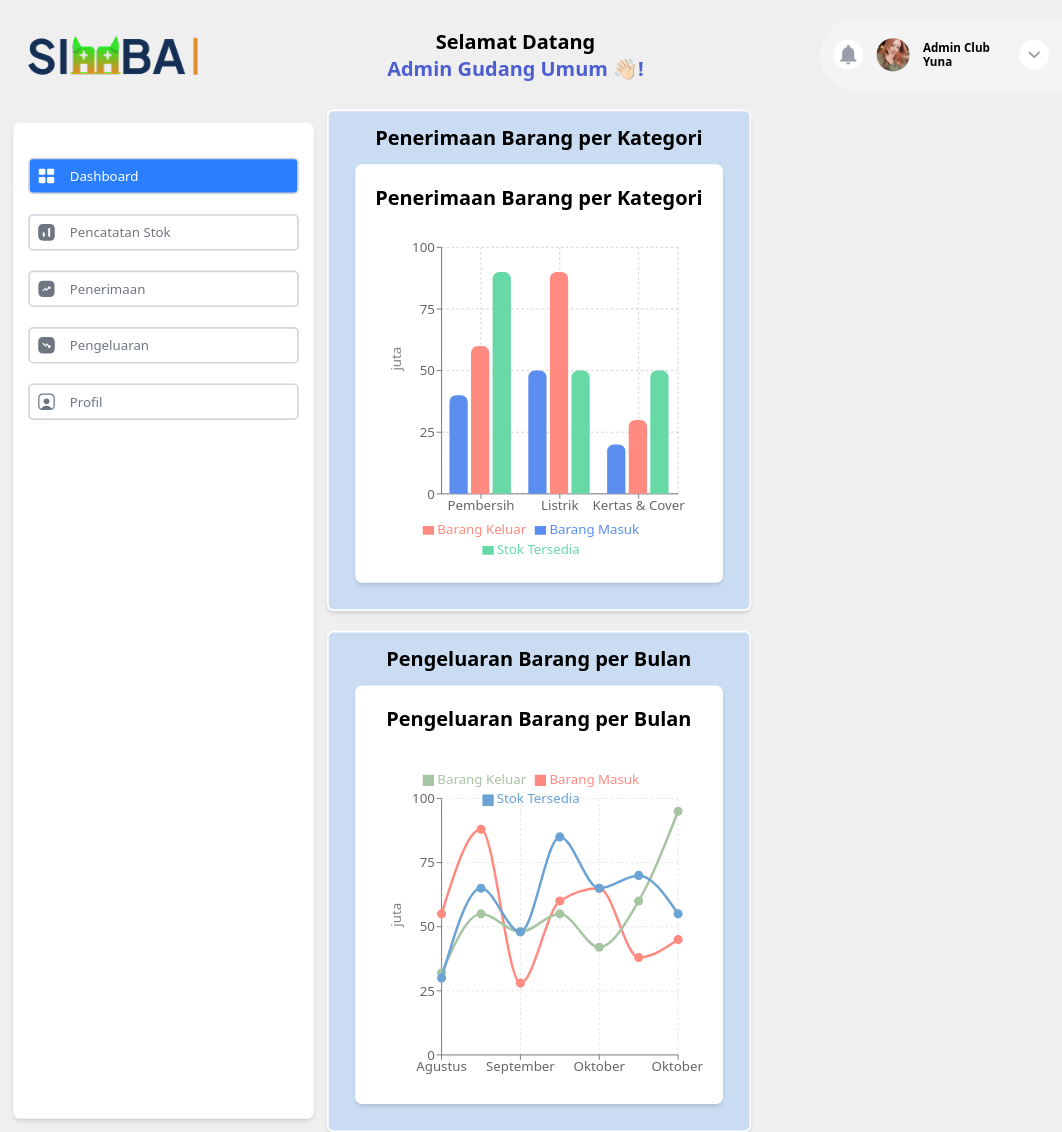
Repository: Gokerwow/inventory-fe
Page: /
An editor plug-in stored every save of this project. The page is shown before and after the next save, followed by the edit.
The browser window is 1280 px wide. The pictures show the whole page, at 83% of full size.
The project was rebuilt for these pictures with package versions that can differ from the ones it lists, and the page was loaded fresh each time. Also part of the build but not shown: vite.config.ts, src/pages/stokBarang.tsx, src/pages/penerimaan.tsx, src/pages/pengeluaran.tsx, src/pages/profil.tsx.

Above is the page before, as saved 2025-10-15 15:48:48.

After the next save:
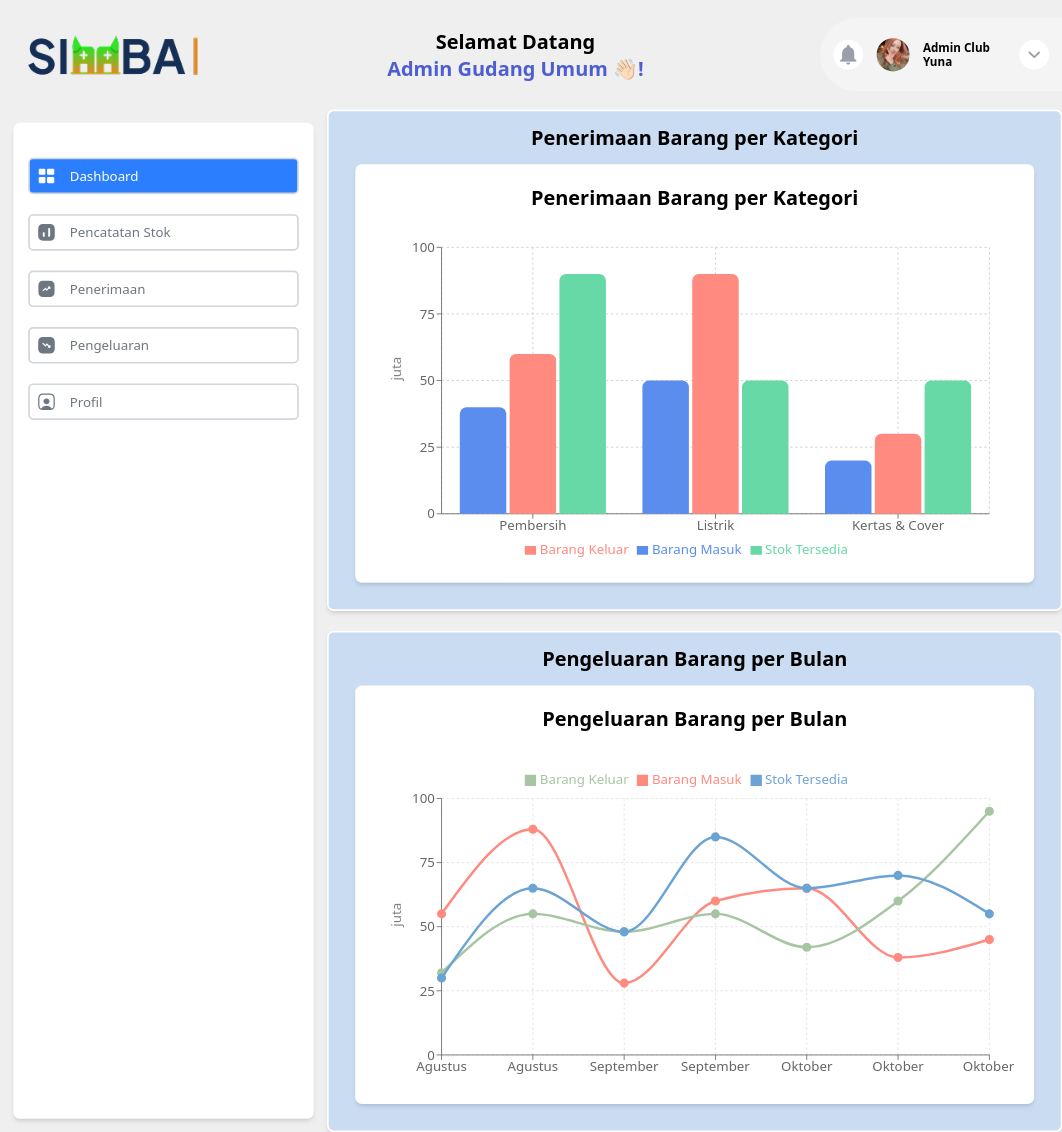
Saved 16 s later.
--- a/src/components/layout.tsx
+++ b/src/components/layout.tsx
@@ -9,7 +9,9 @@ function Layout() {
             <TopBar />
             <div className='flex'>
                 <SideBar />
-                <Outlet />
+                <div className='flex-1'>
+                    <Outlet />
+                </div>
             </div>
         </div>
     );
